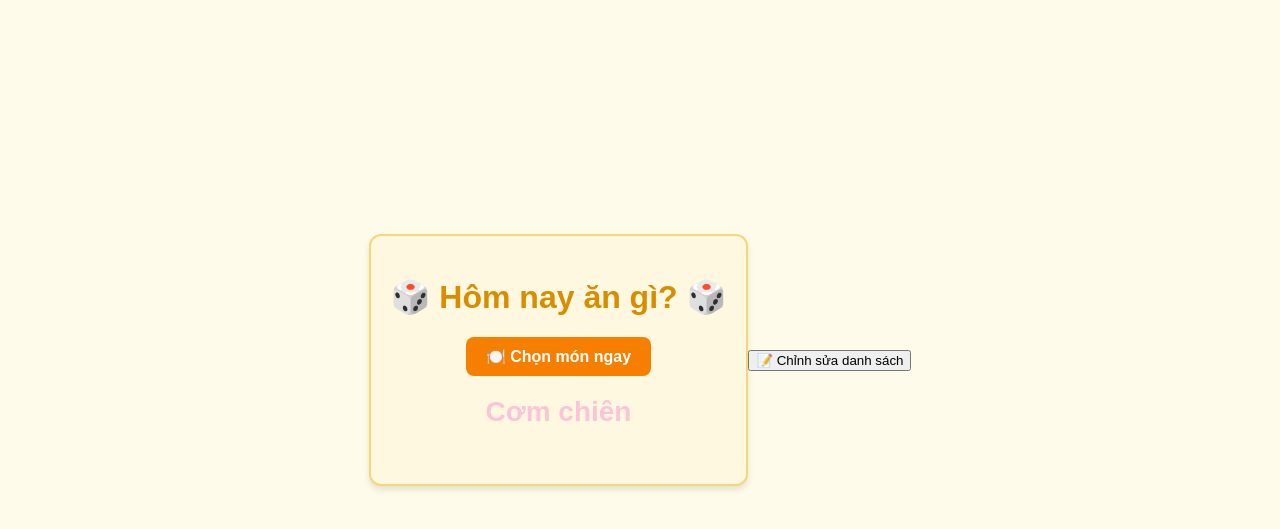
Repository: NT912/What-s-food-today-
Page: index.html
An editor plug-in stored every save of this project. The page is shown before and after the next save, followed by the edit.
The browser window is 1280 px wide. The pictures show the whole page.
After loading, the first visible `#randomBtn` was clicked once.

Above is the page before, as saved 2024-12-17 20:58:11.

After the next save:
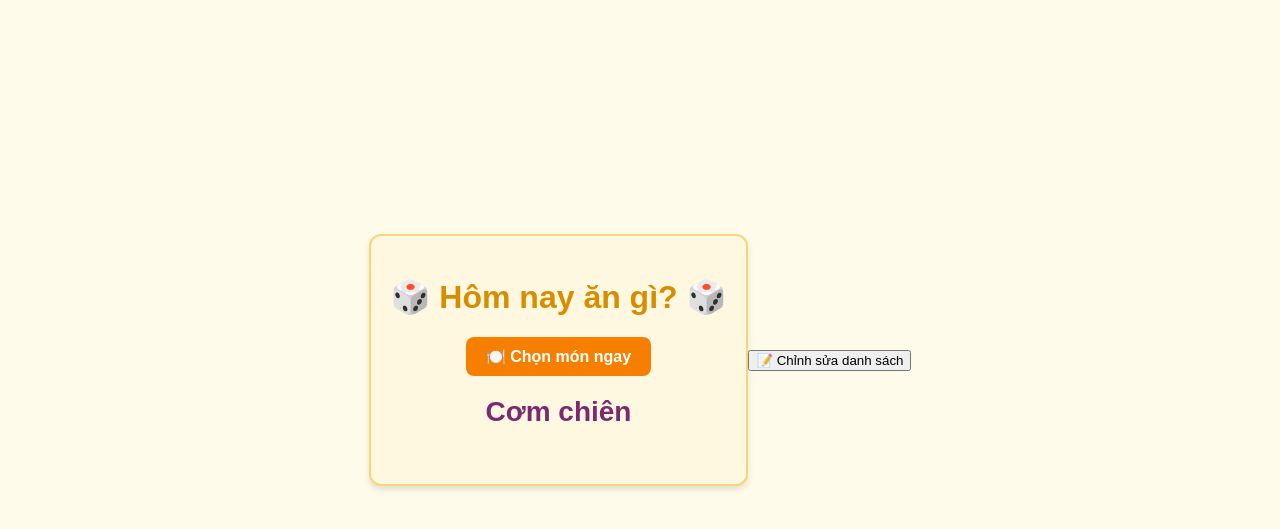
Console error: ReferenceError: renderList is not defined
Saved 4 s later.
--- a/script.js
+++ b/script.js
@@ -38,20 +38,26 @@ let foodList = [
 
 function startRandom() {
   const result = document.getElementById("randomFood");
+  result.style.animation = "none"; // Xóa animation cũ
   let index = 0;
 
-  // Thêm hiệu ứng nhấp nháy trong 2 giây
+  // Bắt đầu hiệu ứng random với zoom-in/zoom-out
+  result.classList.add("random-zoom");
   const interval = setInterval(() => {
     index = Math.floor(Math.random() * foodList.length);
     result.textContent = foodList[index];
-    result.style.color = getRandomColor();
+    result.style.color = getRandomGradient();
   }, 100);
 
-  // Kết thúc hiệu ứng và hiển thị kết quả
+  // Kết thúc hiệu ứng sau 2 giây
   setTimeout(() => {
     clearInterval(interval);
+    result.classList.remove("random-zoom");
     result.textContent = `🍽️ ${foodList[index]}!`;
-    result.style.color = "#d84315"; // Màu cam đậm
+
+    // Thêm hiệu ứng rung và màu nổi bật
+    result.style.color = "#e63946";
+    result.classList.add("shake");
 
     // Hiển thị popup chúc mừng
     showResultPopup(foodList[index]);
@@ -64,7 +70,8 @@ function showResultPopup(food) {
 
   popupContent.innerHTML = `
         🎉 Chúc mừng! Món ăn hôm nay là: <br>
-        <strong>${food}</strong> 🎉
+        <strong>${food}</strong> 🎉<br>
+        😋 Chúc bạn ăn ngon miệng!
     `;
 
   popup.style.display = "flex";
@@ -82,61 +89,9 @@ function closeResultPopup() {
   window.onclick = null; // Xóa sự kiện click
 }
 
-function getRandomColor() {
-  const colors = [
-    "#f77f00",
-    "#f9844a",
-    "#ffcd56",
-    "#ffafcc",
-    "#bde0fe",
-    "#ffc8dd",
-  ];
+function getRandomGradient() {
+  const colors = ["#ff6f61", "#6a0572", "#ffcc00", "#00cfcf", "#ff964f"];
   return colors[Math.floor(Math.random() * colors.length)];
-}
-
-function renderList() {
-  const list = document.getElementById("foodList");
-  list.innerHTML = "";
-  foodList.forEach((food, index) => {
-    list.innerHTML += `
-            <li>
-                ${food}
-                <button onclick="deleteFood(${index})">❌</button>
-            </li>
-        `;
-  });
-}
-
-function addFood() {
-  const input = document.getElementById("foodInput");
-  const newFood = input.value.trim();
-  if (newFood) {
-    foodList.push(newFood);
-    input.value = "";
-    renderList();
-  }
-}
-
-function deleteFood(index) {
-  foodList.splice(index, 1);
-  renderList();
-}
-
-function openPopup() {
-  const popup = document.getElementById("popup");
-  popup.style.display = "flex";
-
-  // Đóng popup khi click ra ngoài vùng nội dung
-  window.onclick = function (event) {
-    if (event.target === popup) {
-      closePopup();
-    }
-  };
-}
-
-function closePopup() {
-  document.getElementById("popup").style.display = "none";
-  window.onclick = null; // Xóa sự kiện click ra ngoài
 }
 
 window.onload = () => {
